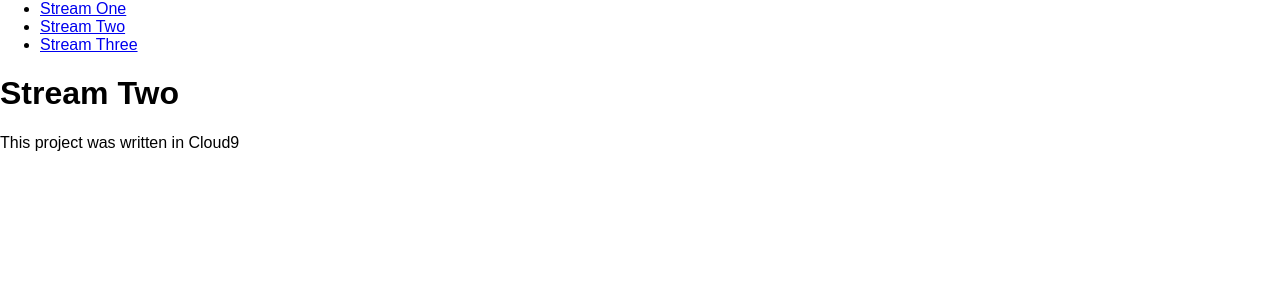
Repository: rizwanhussein/my-first-website
Page: Stream-Two.html
The author's editor kept a record of every edit. The page is drawn from the files as they stood at one moment, then again after the next edit.
The browser window is 1280 px wide. The pictures show the whole page.

Above is the page before.

### Stream-Two.html
<html>
    <head>
        <title>Hello World</title>
        <link rel="stylesheet" href="css/style.css" type="text/css" />
    </head>
    <body>
        <nav>
            <ul>
                <li><a href="Stream-One.html">Stream One</a></li>
                <li><a href="Stream-Two.html">Stream Two</a></li>
                <li><a href="Stream-Three.html">Stream Three</a></li>
            </ul>
        </nav>
        <h1>Stream Two </h1>
        <p>This project was written in Cloud9</p>
    </body>
</html>

### css/style.css
body {
  margin: 0;
  padding: 0;
  font-family: 'Oswald', sans-serif;
}
 ?/*nav ul {
  list-style: none;
  background-color: #4a4a4f;
  text-align: center;
  padding: 0;
  margin: 0;
}

nav li {
  font-size: 1.2em;
  line-height: 40px;
  height: 40px;
  display: inline-block;
  margin-left: 2.5%;
}

nav a {
  text-decoration: none;
  color: #fff;
  display: block;
}

nav a:hover {
  background-color: #fff;
  color: #4a4a4f;
}*/
© 2019 GitHub, I

After the next edit:
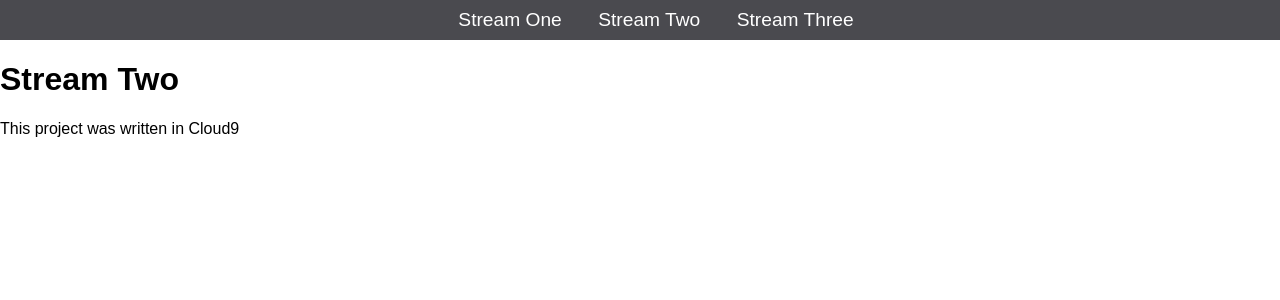
The edit:
--- a/css/style.css
+++ b/css/style.css
@@ -3,7 +3,7 @@
   padding: 0;
   font-family: 'Oswald', sans-serif;
 }
- ?/*nav ul {
+nav ul {
   list-style: none;
   background-color: #4a4a4f;
   text-align: center;
